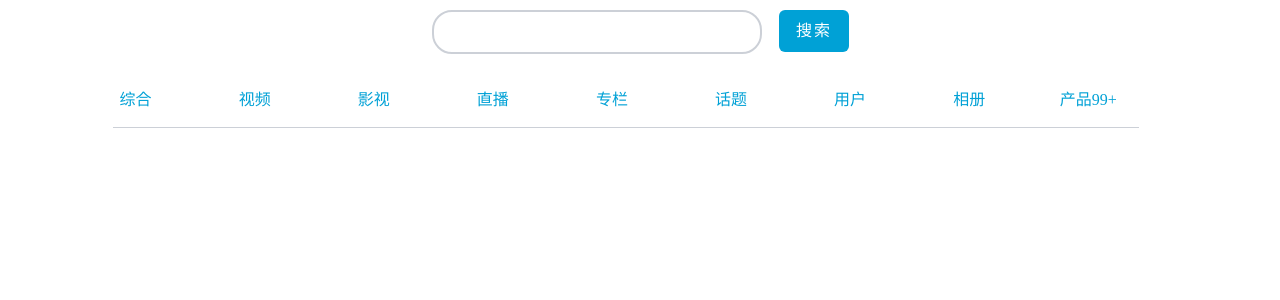
Repository: red-code-yl/web-project
Page: doc/food.html
An editor plug-in stored every save of this project. The page is shown before and after the next save, followed by the edit.
The browser window is 1280 px wide. The pictures show the whole page.

Above is the page before, as saved 2020-06-18 13:20:22.

After the next save:
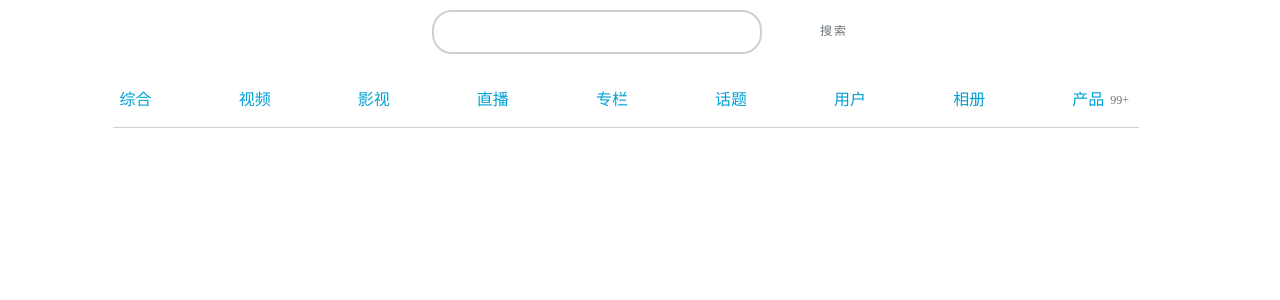
Saved 6 s later.
--- a/css/food.css
+++ b/css/food.css
@@ -99,5 +99,9 @@ a{
     display: block;
 }
 span{
-
+    position: absolute;
+    margin-left: 6px;
+    font-size: 12px;
+    color: #6d757a;
 }
+}
